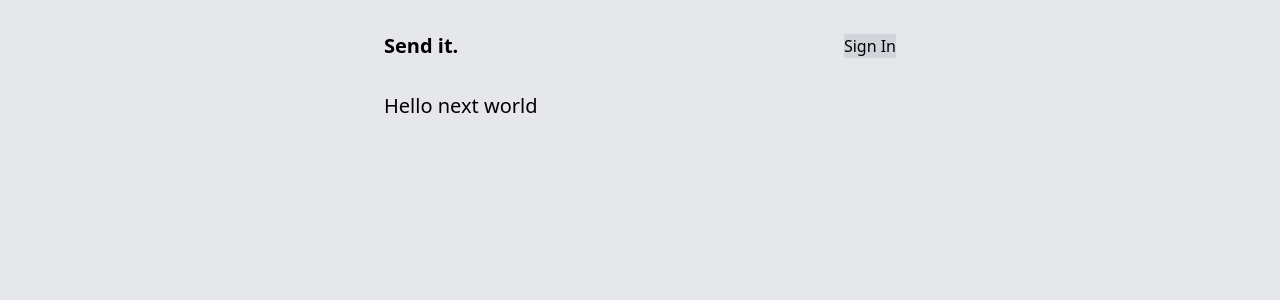
Repository: AMT98/SEND-IT
Page: /
These files come from the project's save history. The page is drawn as it stood at one moment and after a run of saves; the edit follows.
The browser window is 1280 px wide. The pictures show the whole page.
The project was rebuilt for these pictures with package versions that can differ from the ones it lists, and the page was loaded fresh each time. The framework's server and built-in components were replaced by stand-ins that run in the browser. Also part of the build but not shown: next.config.js.

Above is the page before, as saved 2023-02-14 11:40:12.

### app/layout.jsx
import Nav from "./auth/Nav";
import "./globals.css";
import { Roboto } from "@next/font/google";
const roboto = Roboto ({
  subsets: ["latin"],
  weight: ['400', "700"],
  variable: "--font-roboto"
})
export default function RootLayout({ children }) {
  return (
    <html lang="en">
      {/*
        <head /> will contain the components returned by the nearest parent
        head.tsx. Find out more at https://beta.nextjs.org/docs/api-reference/file-conventions/head
      */}
      <head />
      <body className={`mx-4 md:mx-48 xl:mx-96 ${roboto.variable} bg-gray-200`}>
        <Nav />
        {children}
      </body>
    </html>
  );
}

### app/page.tsx
export default function Home() {
  return (
    <main>
      <h1 className="text-xl">Hello next world</h1>
    </main>
  );
}

### app/auth/Nav.tsx
import Link from "next/link";
import Login from "./Login";

const Nav = async () => {
  return (
    <nav className="flex justify-between items-center py-8">
      <Link href={"/"}>
        <h1 className="font-bold text-xl">Send it.</h1>
      </Link>
      <ul className="flex items-center gap-6">
        <Login />
      </ul>
    </nav>
  );
};

export default Nav;

### app/globals.css
@tailwind base;
@tailwind components;
@tailwind utilities;

:root {
  --max-width: 1100px;
  --border-radius: 12px;
  --font-mono: ui-monospace, Menlo, Monaco, 'Cascadia Mono', 'Segoe UI Mono',
    'Roboto Mono', 'Oxygen Mono', 'Ubuntu Monospace', 'Source Code Pro',
    'Fira Mono', 'Droid Sans Mono', 'Courier New', monospace;

  --foreground-rgb: 0, 0, 0;
  --background-start-rgb: 214, 219, 220;
  --background-end-rgb: 255, 255, 255;

  --primary-glow: conic-gradient(
    from 180deg at 50% 50%,
    #16abff33 0deg,
    #0885ff33 55deg,
    #54d6ff33 120deg,
    #0071ff33 160deg,
    transparent 360deg
  );
  --secondary-glow: radial-gradient(
    rgba(255, 255, 255, 1),
    rgba(255, 255, 255, 0)
  );

  --tile-start-rgb: 239, 245, 249;
  --tile-end-rgb: 228, 232, 233;
  --tile-border: conic-gradient(
    #00000080,
    #00000040,
    #00000030,
    #00000020,
    #00000010,
    #00000010,
    #00000080
  );

  --callout-rgb: 238, 240, 241;
  --callout-border-rgb: 172, 175, 176;
  --card-rgb: 180, 185, 188;
  --card-border-rgb: 131, 134, 135;
}

@media (prefers-color-scheme: dark) {
  :root {
    --foreground-rgb: 255, 255, 255;
    --background-start-rgb: 0, 0, 0;
    --background-end-rgb: 0, 0, 0;

    --primary-glow: radial-gradient(rgba(1, 65, 255, 0.4), rgba(1, 65, 255, 0));
    --secondary-glow: linear-gradient(
      to bottom right,
      rgba(1, 65, 255, 0),
      rgba(1, 65, 255, 0),
      rgba(1, 65, 255, 0.3)
    );

    --tile-start-rgb: 2, 13, 46;
    --tile-end-rgb: 2, 5, 19;
    --tile-border: conic-gradient(
      #ffffff80,
      #ffffff40,
      #ffffff30,
      #ffffff20,
      #ffffff10,
      #ffffff10,
      #ffffff80
    );

    --callout-rgb: 20, 20, 20;
    --callout-border-rgb: 108, 108, 108;
    --card-rgb: 100, 100, 100;
    --card-border-rgb: 200, 200, 200;
  }
}

* {
  box-sizing: border-box;
  padding: 0;
  margin: 0;
}

html,
body {
  max-width: 100vw;
  overflow-x: hidden;
}

### app/auth/Login.tsx
"use client";
import { signIn } from "next-auth/react";

export default function Login() {
  return (
    <li className="list-none">
      <button onClick={() => signIn()} className="text-md bg-gray-300">
        Sign In
      </button>
    </li>
  );
}

Loaded but not shown: tailwind.config.js (common file)

After the next 3 saves:
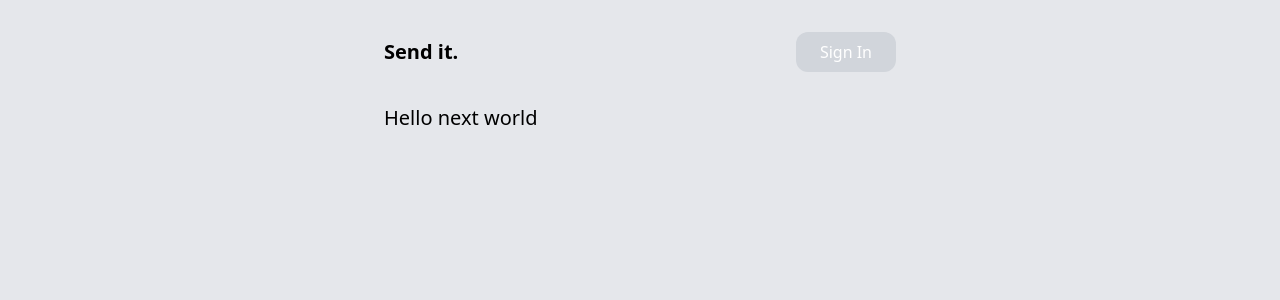
The 3 saves are shown as one change because they came seconds apart.
The last was saved 84 s later.
--- a/app/auth/Login.tsx
+++ b/app/auth/Login.tsx
@@ -4,7 +4,7 @@ import { signIn } from "next-auth/react";
 export default function Login() {
   return (
     <li className="list-none">
-      <button onClick={() => signIn()} className="text-md bg-gray-300">
+      <button onClick={() => signIn()} className="text-md bg-gray-300 text-white py-2 px-6 rounded-xl disabled:opacity-25">
         Sign In
       </button>
     </li>
